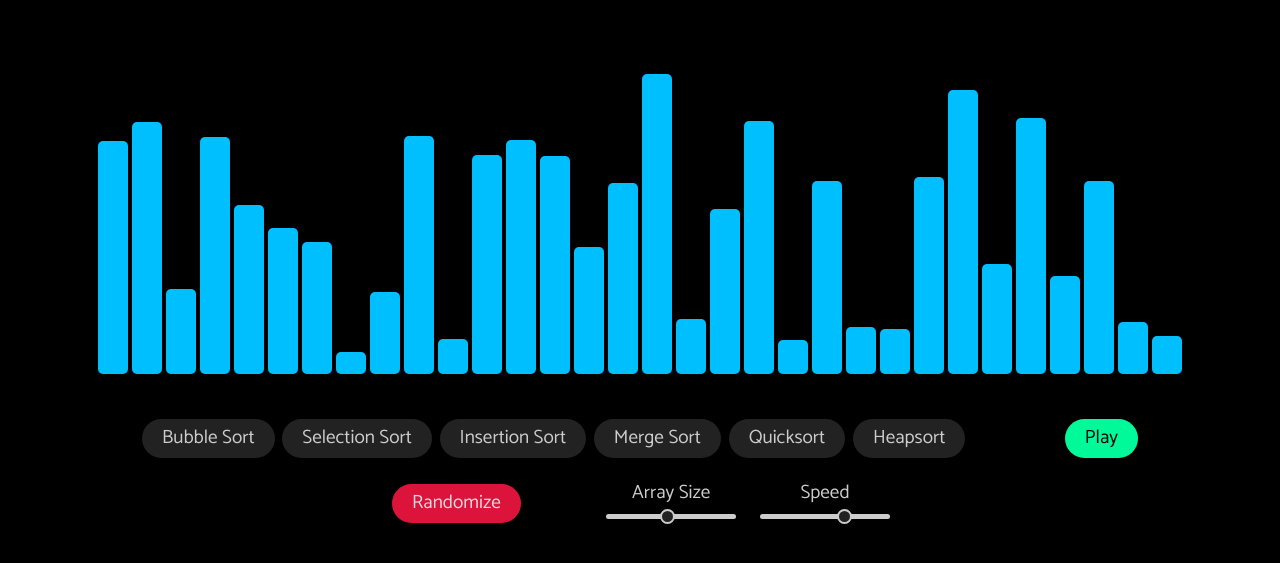
Repository: sneha1010/Sorting-visualizer
Page: index.html
These files come from the project's save history. The page is drawn as it stood at one moment and after the next save; the edit follows.
The browser window is 1280 px wide. The pictures show the whole page.

Above is the page before, as saved 2022-06-13 18:44:59.

After the next save:
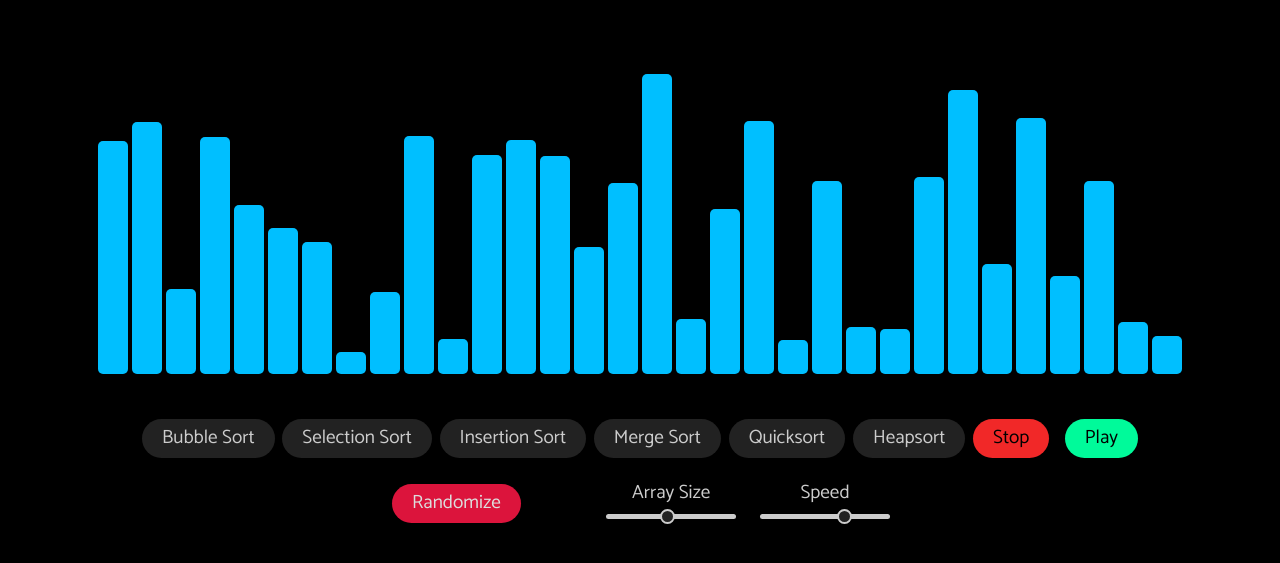
Saved 5 min 0 s later.
--- a/index.html
+++ b/index.html
@@ -25,7 +25,7 @@
             <button class="algo-btn">Quicksort</button>
             <button class="algo-btn">Heapsort</button>
             <button id="sort">Play</button>
-            <!-- <button id="stop">Stop</button> -->
+            <button id="stop">Stop</button>
         </div>
         <div id="change-container">
             <button id="randomize">Randomize</button>
